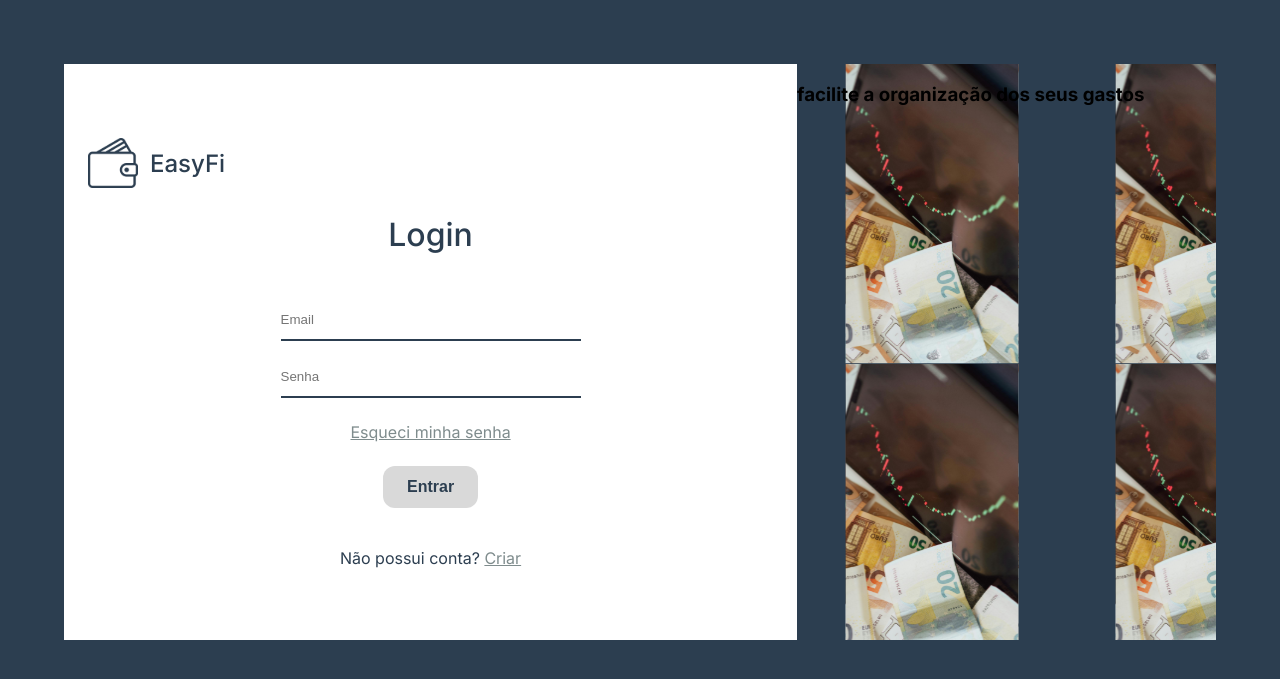
Repository: Ingridiag/projeto-engenharia
Page: login.html
These files come from the project's save history. The page is drawn as it stood at one moment and after a run of saves; the edit follows.
The browser window is 1280 px wide. The pictures show the whole page.

Above is the page before, as saved 2024-10-28 17:05:04.

### login.html
<!DOCTYPE html>
<html lang="pt">

<head>
    <meta charset="UTF-8">
    <meta name="viewport" content="width=device-width, initial-scale=1.0">
    <link rel="preconnect" href="https://fonts.googleapis.com">
<link rel="preconnect" href="https://fonts.gstatic.com" crossorigin>
<link href="https://fonts.googleapis.com/css2?family=Inter:ital,opsz,wght@0,14..32,100..900;1,14..32,100..900&display=swap"
rel="stylesheet">
    <link rel="stylesheet" href="style.css">
    <title>Login</title>
</head>

<body>
    <div class="container">

        <!-- Tela Login -->
        <div class="login">
            <div class="primeira-coluna">
                <div class="logo">
                    <img src="imagens/logo-azul 1.svg" alt="logo">
                    <h1>EasyFi</h1>
                </div>
                <div class="formulario">
                    <h1 class="title">Login</h1>
                    <form >
                        <input type="email" placeholder="Email">
                        <input type="password" placeholder="Senha">
                    </form>
                    <div class="uses">
                        <a href="#" class="link">Esqueci minha senha</a>

                    </div>
                    <div class="btn-default">
                        <button>
                            Entrar
                        </button>
                    </div>
                    <div >
                        <p>Não possui conta?
                            <span>
                                <a href="#" class="link">Criar</a>
                            </span>
                        </p>
                    </div>
                </div>
            </div>
            <div class="decor">
                <h3 class="mensagem">
                    facilite a organização dos seus gastos
                </h3>

            </div>
        </div>



        <div class="cadastro">
            <!-- Tela Cadastro -->
            <div class="decor">
                <h3 class="mensagem">
                    facilite a organização dos seus gastos
                </h3>
            </div>

            <div class="primeira-coluna">
                <div class="logo">
                    <img src="imagens/logo-azul 1.svg" alt="logo">
                    <h1>EasyFi</h1>
                </div>
                <div class="formulario">
                    <h1 class="title">Criar Conta</h1>
                    <form >
                        <input type="text" placeholder="Nome">
                        <input type="email" placeholder="Email">
                        <input type="password" placeholder="Senha">
                        <input type="password" placeholder=" Confirmar senha">
                    </form>
                    <div>
                        <a href="#" class="link">Esqueci minha senha</a>

                    </div>
                    <div class="btn-default">
                        <button>
                            Entrar
                        </button>
                    </div>
                    <div class="uses">
                        <p>Já possui conta?
                            <span>
                                <a href="#" class="link">Login</a>
                            </span>
                        </p>
                    </div>
                </div>
            </div>
        </div>


    </div>

</body>

</html>

### style.css
body {
    margin: 0;
    padding: 0;
    box-sizing: border-box;
    background: #2C3E50;
    font-family: "Inter", sans-serif;
}

.container {
    display: flex;
    justify-content: center;
    align-items: center;
    margin: 0 auto;
    padding: 5%;
}

.login {
    width: 100%;
    height: 80vh;

    display: flex;
    align-items: center;
    justify-content: space-between;
}

.primeira-coluna {
    width: 70%;
    height: 100%;
    display: flex;
    flex-direction: column;
    justify-content: center;
    background: #fff;
}

.logo {
    display: flex;
    gap: 12px;
    align-items: center;
    padding: 12px 24px 0;
    color: #2C3E50;

    h1 {
        font-size: 24px;
        font-weight: 500;
    }
    img{
        width: 50px;

    }

}

.formulario {
    display: flex;
    flex-direction: column;
    align-items: center;
    gap: 24px;
    color: #2C3E50;
    h1{
        font-weight: 500;}
}

.formulario form {
    display: flex;
    flex-direction: column;
    gap: 16px;
}

.formulario form input {
    width: 300px;
    padding: 12px 0px;
    background: none;
    border: none;
    border-bottom: 2px solid #2C3E50;
    outline: none;
    color: #2C3E50;

}

.formulario a {
    color: #7F8C8D;
}

.btn-default button {
    background: #D9D9D9;
    border: none;
    border-radius: 12px;
    padding: 12px 24px;
    font-size: 16px;
    transition: 0.2s ease;
    cursor: pointer;
    color: #2C3E50;
    font-weight: 600;
}

.btn-default button:hover {
    background: #F4EEEE;
    color: #577695;
    transform: scale(1.1);
}
.decor{
  width: 40%;
  height: 80vh;
  background-image: url( imagens/imagem_background.svg);
  background-size: 270px 300px;
}

.cadastro {
    display: none;
    flex-direction: column;
    position: relative;
}

After the next 2 saves:
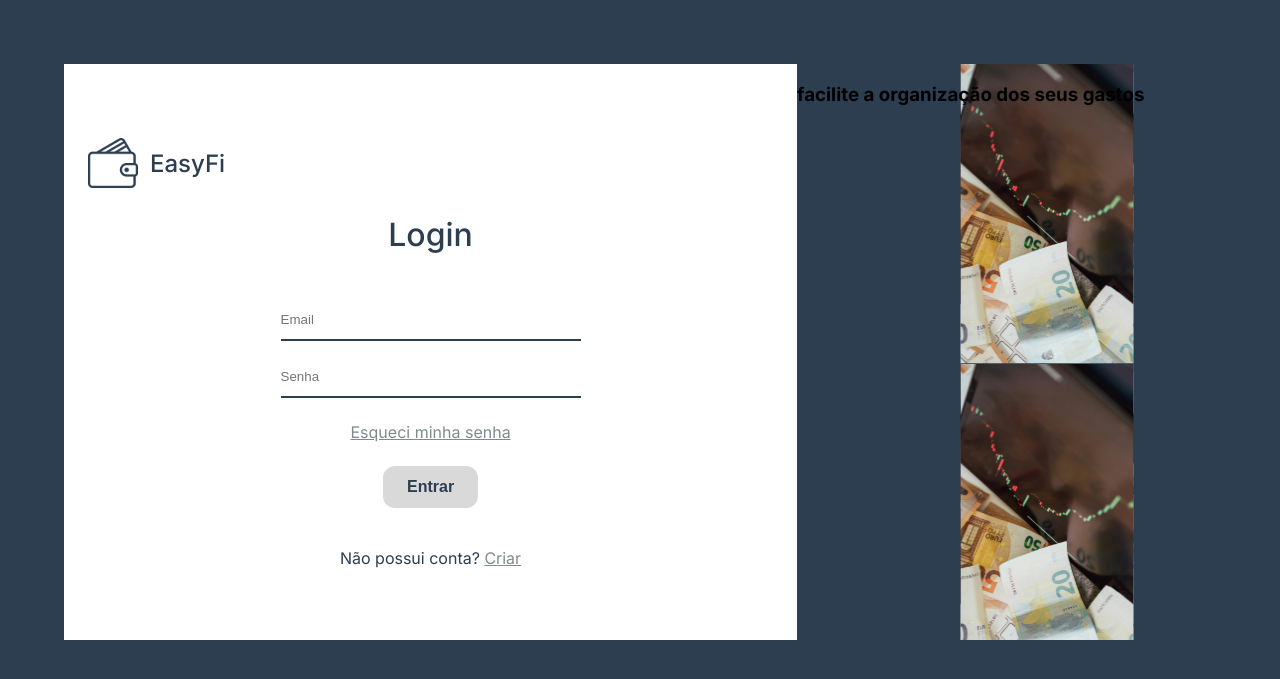
The 2 saves are shown as one change because they came seconds apart.
The last was saved 30 s later.
--- a/style.css
+++ b/style.css
@@ -102,7 +102,7 @@ body {
   width: 40%;
   height: 80vh;
   background-image: url( imagens/imagem_background.svg);
-  background-size: 270px 300px;
+  background-size: 500px 300px;
 }
 
 .cadastro {
